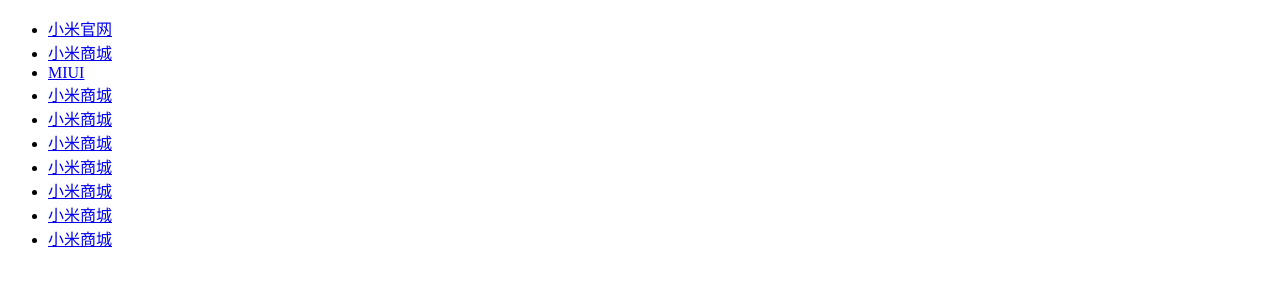
Repository: MonoYan/Mi-Homepage
Page: index.html
An editor plug-in stored every save of this project. The page is shown before and after a run of saves, followed by the edit.
The browser window is 1280 px wide. The pictures show the whole page.

Above is the page before, as saved 2022-11-22 16:06:25.

### index.html
<!DOCTYPE html>
<html lang="en">
<head>
    <meta charset="UTF-8">
    <meta http-equiv="X-UA-Compatible" content="IE=edge">
    <meta name="viewport" content="width=device-width, initial-scale=1.0">
    <title>
        小米商城 - Xiaomi 12、Redmi K50、MIX FOLD，小米电视官方网站
    </title>
</head>
<body>
    <!-- 黑色导航栏 -->
    <div>
        <ul>
            <li><a href="#">小米官网</a></li>
            <li><a href="#">小米商城</a></li>
            <li><a href="#">MIUI</a></li>
            <li><a href="#">小米商城</a></li>
            <li><a href="#">小米商城</a></li>
            <li><a href="#">小米商城</a></li>
            <li><a href="#">小米商城</a></li>
            <li><a href="#">小米商城</a></li>
            <li><a href="#">小米商城</a></li>
            <li><a href="#">小米商城</a></li>
        </ul>
    </div>
    <!-- 站内导航 -->
    <nav>

    </nav>
    <!-- 轮播 -->
    <div>

    </div>
    <!-- 轮播下面的四个导航 -->
    <div>

    </div>
    <div>

    </div>
    <!-- main page -->
    <div>

    </div>
    <!-- footer-sever -->
    <div>

    </div>
    <!-- footer-link -->
    <div>

    </div>
    <footer>

    </footer>
</body>
</html>

After the next 2 saves:
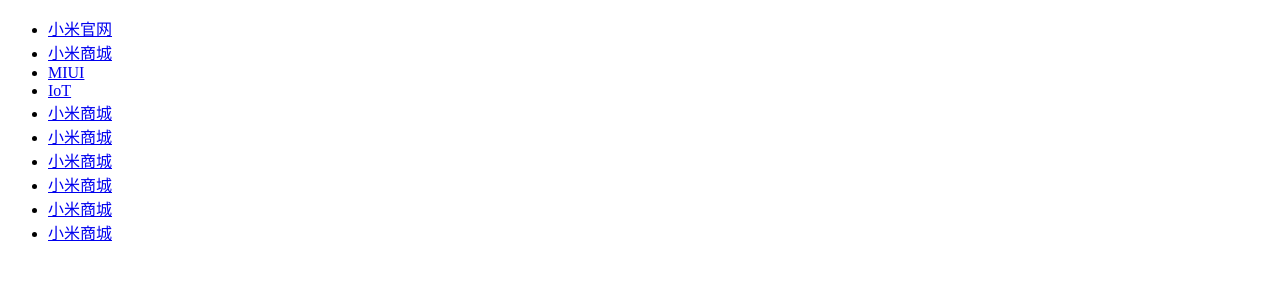
The 2 saves are shown as one change because they came seconds apart.
The last was saved 7 s later.
--- a/index.html
+++ b/index.html
@@ -15,7 +15,7 @@
             <li><a href="#">小米官网</a></li>
             <li><a href="#">小米商城</a></li>
             <li><a href="#">MIUI</a></li>
-            <li><a href="#">小米商城</a></li>
+            <li><a href="#">IoT</a></li>
             <li><a href="#">小米商城</a></li>
             <li><a href="#">小米商城</a></li>
             <li><a href="#">小米商城</a></li>
